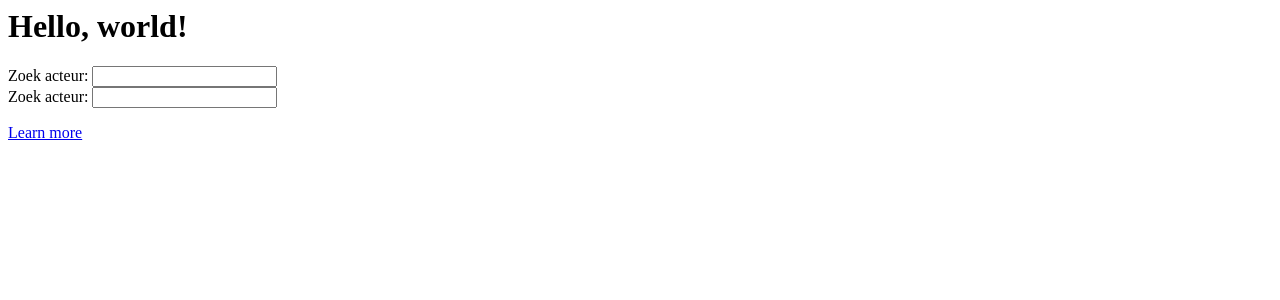
Repository: glennDufraing/examen-webtech-Mod
Page: examenFilms/app/_attachments/assets/views/home.html
The author's editor kept a copy of each file at every save. The page is drawn from the files as they stood at one save, then again after the next save.
The browser window is 1280 px wide. The pictures show the whole page.

Above is the page before, as saved 2017-11-08 14:22:17.

After the next save:
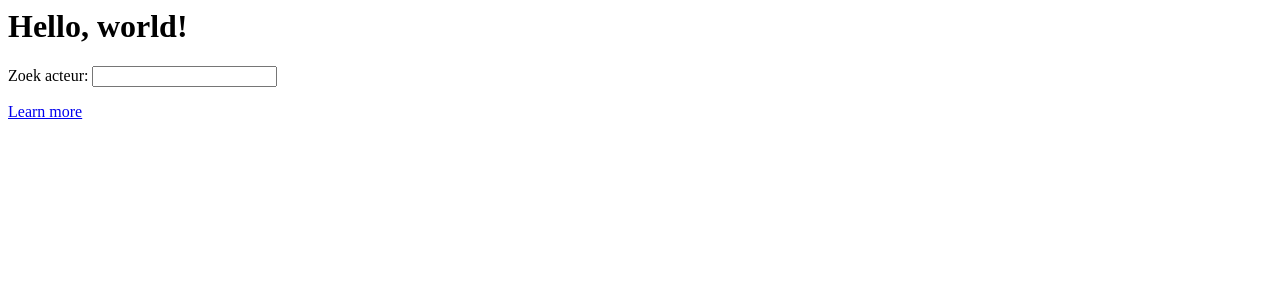
Saved 2 min 9 s later.
--- a/examenFilms/app/_attachments/assets/views/home.html
+++ b/examenFilms/app/_attachments/assets/views/home.html
@@ -1,13 +1,10 @@
 <div class="jumbotron">
   <h1 class="display-3">Hello, world!</h1>
   <div class="form-group">
-  <label for="voornaam">Zoek acteur: </label>
-  <input type="text" class="form-control" id="voornaam">
+  <label for="naam">Zoek acteur: </label>
+  <input type="text" class="form-control" id="naam">
 </div>
- <div class="form-group">
-  <label for="achternaam">Zoek acteur: </label>
-  <input type="text" class="form-control" id="achternaam">
-</div>
+
   <p class="lead">
     <a class="btn btn-primary btn-lg" href="#/movies" role="button">Learn more</a>
   </p>
